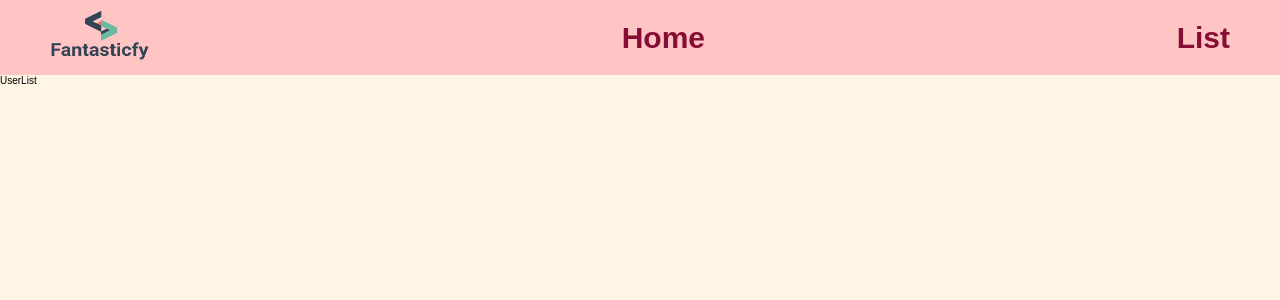
Repository: ChristianGecchelin/fullstack-react-node-fantasticfy
Page: /user-list (app in front/)
These files come from the project's save history. The page is drawn as it stood at one moment and after the next save; the edit follows.
The browser window is 1280 px wide. The pictures show the whole page.
The page's requests for data from a server got no answer. The project was rebuilt for these pictures with package versions that can differ from the ones it lists, and the page was loaded fresh each time. No one was signed in, and anything a server would have sent is missing. Also part of the build but not shown: front/src/Pages/UserProfile.jsx, front/src/App.css.

Above is the page before, as saved 2022-09-03 22:22:44.

### front/src/index.css
:root{
  --main-color:#FFF5E4;
  --secondary-color:#FFC4C4;
  --third-color:#EE6983;
  --fourth-color:#850E35;
}
* {
  margin: 0;
  padding: 0;
  box-sizing: border-box;
}
html {
  font-size: 62.5%;
  font-family: sans-serif;
}
html,body{
  background-color:var(--main-color)
}
ul{
  list-style: none;
}
a{
  text-decoration: none;
}

### front/src/App.js
import { Routes, Route, Link } from "react-router-dom";
import { UserList } from "./Pages/UserList";
import { UserProfile } from "./Pages/UserProfile";
import { Nav } from "./Components/nav/Nav";
import "./App.css";

function App() {
  return (
    <div className="App">
      <Nav />
      <Routes>
        <Route path="/user-list" element={<UserList />} />
        <Route path="/user-profile" element={<UserProfile />} />
      </Routes>
    </div>
  );
}

export default App;

### front/src/Pages/UserList.jsx
import { useEffect, useState } from "react";
import axios from "axios";
export const UserList = () => {
  const [list, setList] = useState([]);

  const getUsers = async () => {
    const response = await axios.get("http://localhost:5005/users");
    setList(response.data);
  };

  useEffect(() => {
    getUsers();
  }, []);

  return <div>UserList</div>;
};

### front/src/Components/nav/Nav.jsx
import React from "react";
import logo from "../../Assets/logo-fantasticfy.webp";
import "./index.css";
export const Nav = () => {
  return (
    <nav>
      <ul>
        <li>
          <a href="/">
            <img src={logo} alt="fantasticfy" />
          </a>
        </li>
        <li>
          <a href="/">
            <h2>Home</h2>
          </a>
        </li>
        <li>
          <a href="/user-list">
            <h2>List</h2>
          </a>
        </li>
      </ul>
    </nav>
  );
};

### front/src/Components/nav/index.css
nav{
    height: auto;
    background-color: var(--secondary-color);
}
nav ul{
    display: flex;
    flex-direction: row;
    justify-content: space-between;
    align-items: center;
    padding: 10px 50px;
}
nav a{
    font-size: 2rem;
    line-height: 2.3rem;
    color: var(--fourth-color);
}
nav img{
    width: 100px;
    height: 50px;
}
nav a:visited{
    color: var(--fourth-color);
}

Loaded but not shown: front/public/index.html (common file); front/src/index.js (common file)

After the next save:
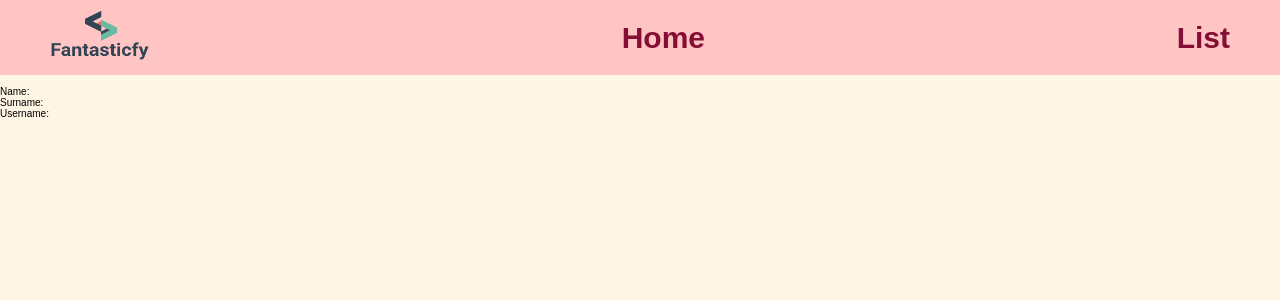
Saved 2 min 27 s later.
--- a/front/src/Pages/UserList.jsx
+++ b/front/src/Pages/UserList.jsx
@@ -12,5 +12,16 @@ export const UserList = () => {
     getUsers();
   }, []);
 
-  return <div>UserList</div>;
+  return (
+    <section>
+      <div>
+        <img src="" alt="" />
+        <div>
+          <p>Name:</p>
+          <p>Surname:</p>
+          <p>Username:</p>
+        </div>
+      </div>
+    </section>
+  );
 };
